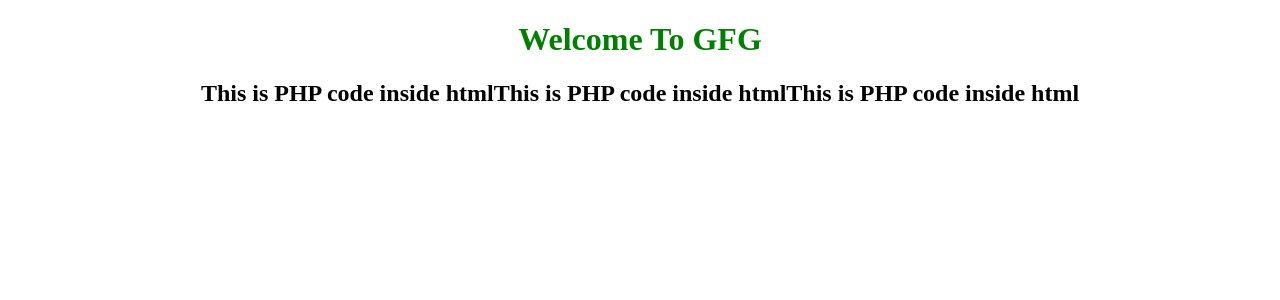
Repository: Akhilanishith/phpprojectgh
Page: http://localhost/example1.php
These files come from the project's save history. The page is drawn as it stood at one moment and after the next save; the edit follows.
The browser window is 1280 px wide. The pictures show the whole page.
The page is run by PHP 8.4 with error messages shown; the project is at /var/www/html/.

Above is the page before, as saved 2022-12-14 11:04:17.

After the next save:
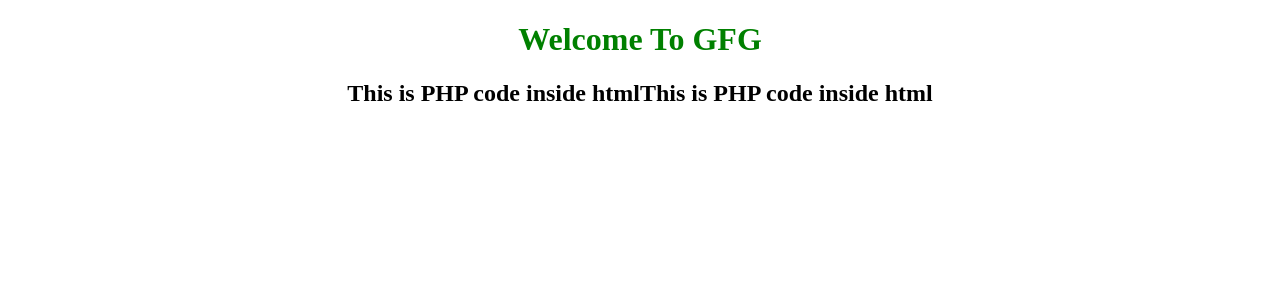
Saved 2 min 21 s later.
--- a/example1.php
+++ b/example1.php
@@ -18,7 +18,7 @@
             <?php
             echo "This is PHP code inside html";
             echo "This is PHP code inside html";
-            echo "This is PHP code inside html";
+
             ?>
         </h2>
     </center>
